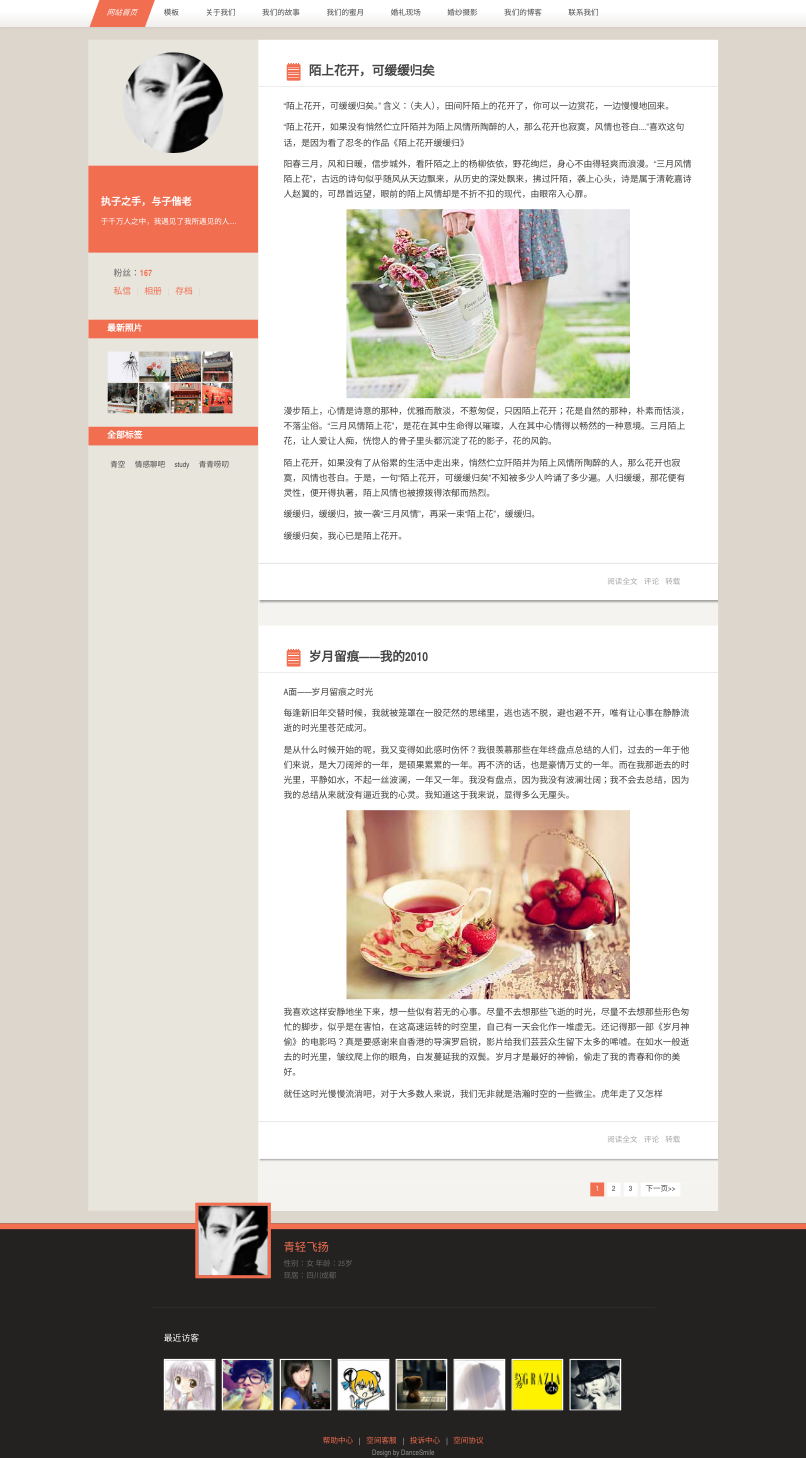
Repository: HuoChangguo/springBootTest
Page: spring-boot-demo/src/main/resources/static/pages/index.html
An editor plug-in stored every save of this project. The page is shown before and after the next save, followed by the edit.
The browser window is 1280 px wide. The pictures show the whole page, at 63% of full size.

Above is the page before, as saved 2018-05-22 05:47:55.

After the next save:
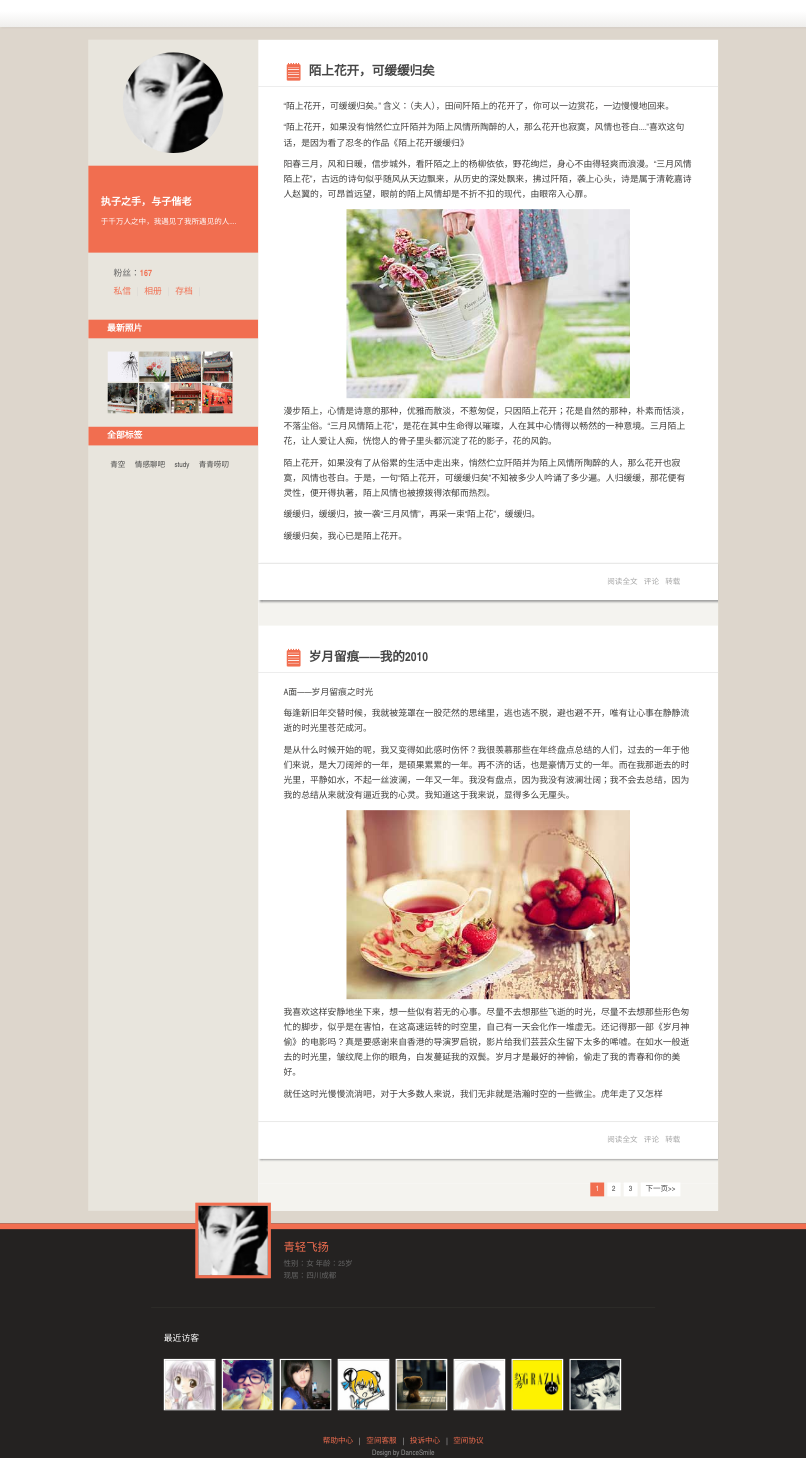
Saved 44 s later.
--- a/spring-boot-demo/src/main/resources/static/pages/index.html
+++ b/spring-boot-demo/src/main/resources/static/pages/index.html
@@ -12,20 +12,7 @@
 </head>
 <body>
 <header>
- <nav id="nav">
-   <ul>
-    <li><a href="#">网站首页</a></li>
-    <li><a href="#">模板</a></li>
-    <li><a href="#">关于我们</a></li>
-    <li><a href="#">我们的故事</a></li>
-    <li><a href="#">我们的蜜月</a></li>
-    <li><a href="#">婚礼现场</a></li>
-    <li><a href="#">婚纱摄影</a></li>
-    <li><a href="#">我们的博客</a></li>
-    <li><a href="#">联系我们</a></li>
-   </ul>
-  <script src="js/silder.js"></script><!--获取当前页导航 高亮显示标题-->
- </nav>
+
  </header>
  <div class="mainContent">
     <aside>
